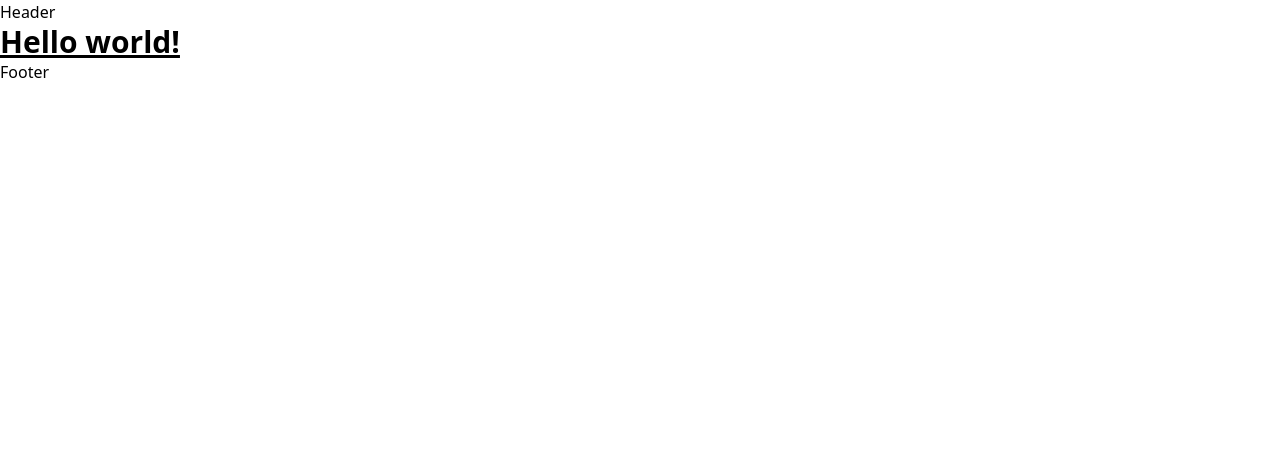
Repository: dimitrivitulin/ecommerce-next-js
Page: /
An editor plug-in stored every save of this project. The page is shown before and after the next save, followed by the edit.
The browser window is 1280 px wide. The pictures show the whole page.
The project was rebuilt for these pictures with package versions that can differ from the ones it lists, and the page was loaded fresh each time. The framework's server and built-in components were replaced by stand-ins that run in the browser. Also part of the build but not shown: next.config.js.

Above is the page before, as saved 2023-01-12 01:09:25.

After the next save:
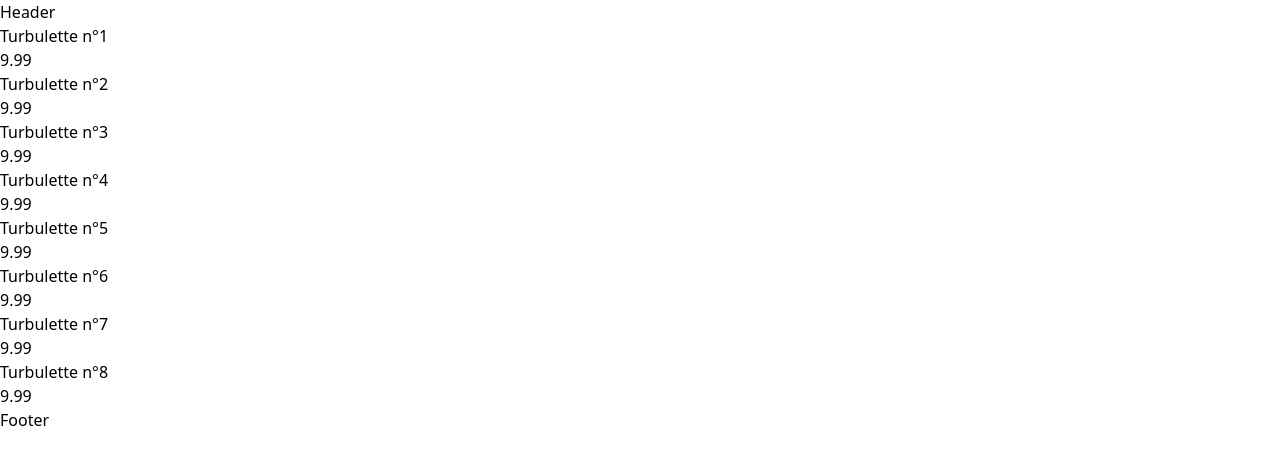
Saved 7 h 25 min later.
--- a/pages/index.js
+++ b/pages/index.js
@@ -1,6 +1,7 @@
 import Head from 'next/head'
 import Layout from './../components/Layout'
 import Container from './../components/Container'
+import products from './../data/products.json'
 
 export default function Home() {
   return (
@@ -12,9 +13,17 @@ export default function Home() {
         <link rel="icon" href="/favicon.ico" />
       </Head>
       <Container>
-        <h1 className="text-3xl font-bold underline">
-          Hello world!
-        </h1>
+        <div>
+          {products.map(product => {
+            return(
+              <div key={product.id}>
+                <h2>{product.name}</h2>
+                <h3>{product.price}</h3>
+
+              </div>
+            )
+          })}
+        </div>
       </Container>
     </ Layout>
   )
